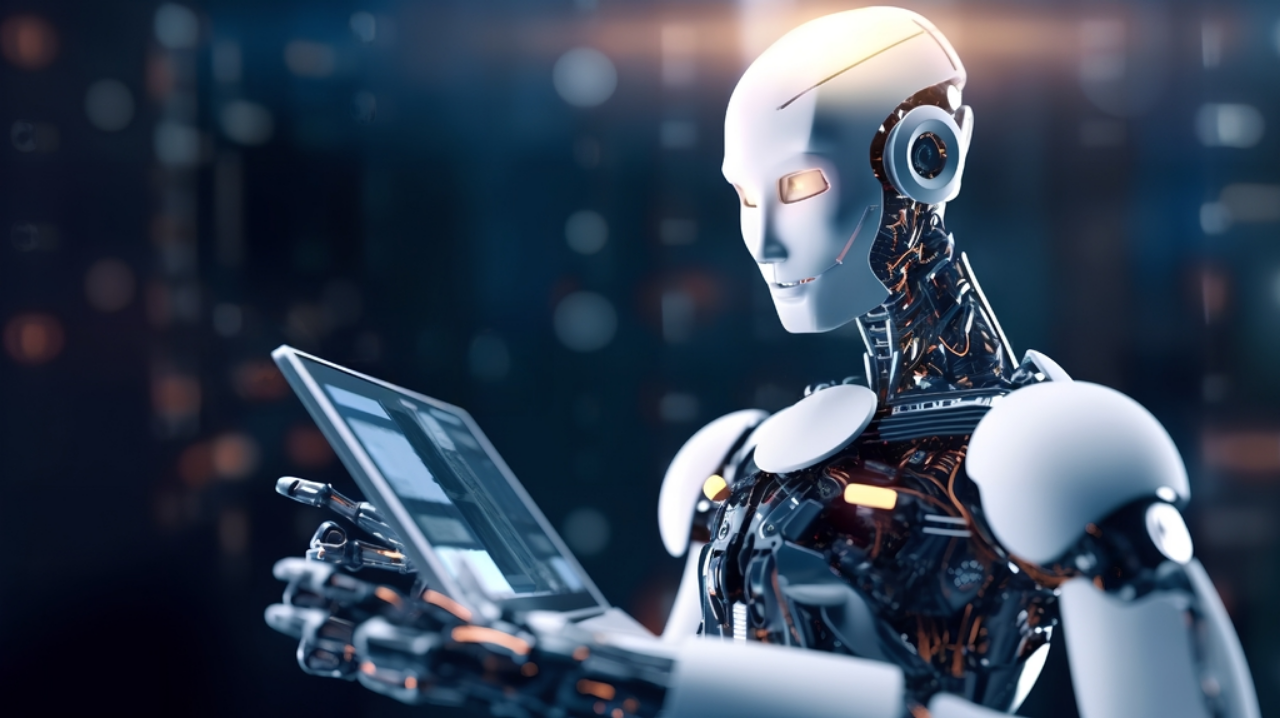
Repository: chjyume/zhongyi
Page: index3.html
An editor plug-in stored every save of this project. The page is shown before and after the next save, followed by the edit.
The browser window is 1280 px wide. The page is 1288 px wide, so the pictures cover 1288 px, including what lies to the right of the window. The pictures show the whole page.

Above is the page before, as saved 2023-06-29 09:21:43.

After the next save:
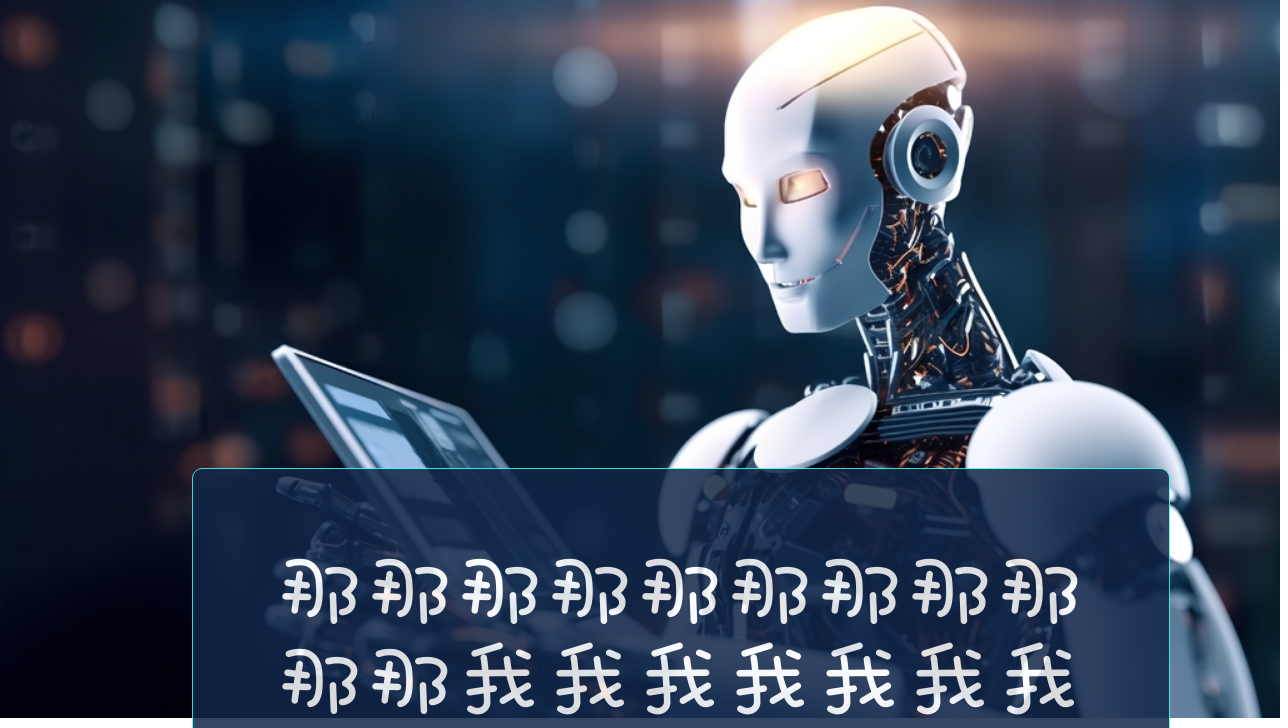
Saved 1 s later.
--- a/js/index3.js
+++ b/js/index3.js
@@ -34,10 +34,6 @@ function showNextText() {
 
     showNextText();
   } else {
-    textDiv.removeEventListener('click', showNextText); // 文本全部加载完毕后移除点击事件监听器
-
-    // 点击 textDiv 后隐藏整个 <div>
-    textDiv.style.display = 'none';
     return;
   }
 }
@@ -45,6 +41,8 @@ function showNextText() {
 textDiv.addEventListener('click', showNextText);
 
 showNextText();
-textDiv.addEventListener('click', function() {
-  textDiv.style.display = 'none'; // 点击 textDiv 后隐藏整个 <div>
-});
+
+if (currentTextIndex === texts.length - 3) {
+  var imageDiv = document.getElementById('imageDiv');
+  imageDiv.style.display = 'block';
+}
